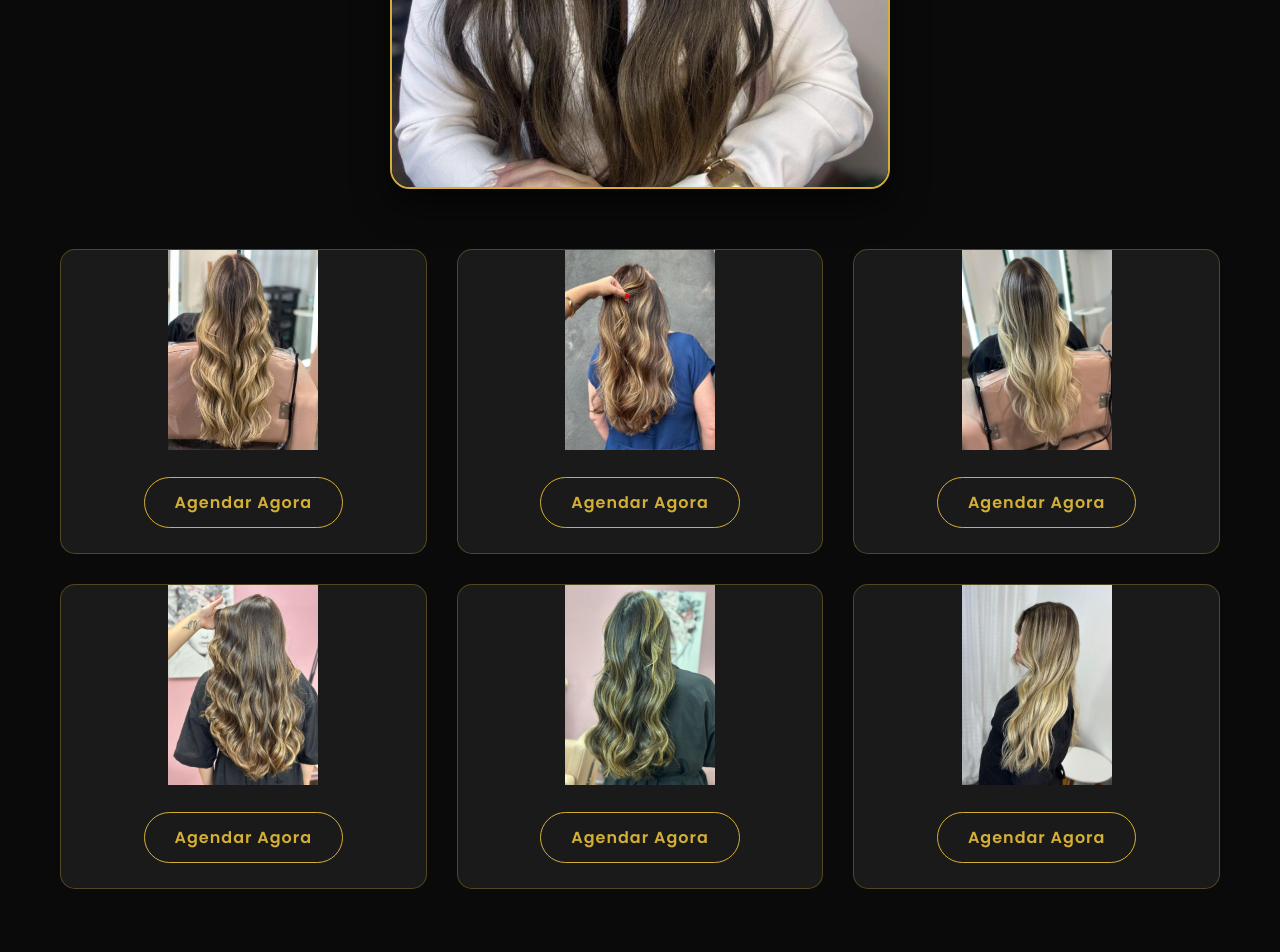
Repository: Sandro1969-tech/campanini-beauty
Page: index.html
These files come from the project's save history. The page is drawn as it stood at one moment and after the next save; the edit follows.
The browser window is 1280 px wide. The pictures show the part of the page from y = 729 to 1681 px (the page is 2901 px tall before and 2921 px after).

Above is the page before, as saved 2026-02-17 19:55:32.

After the next save:
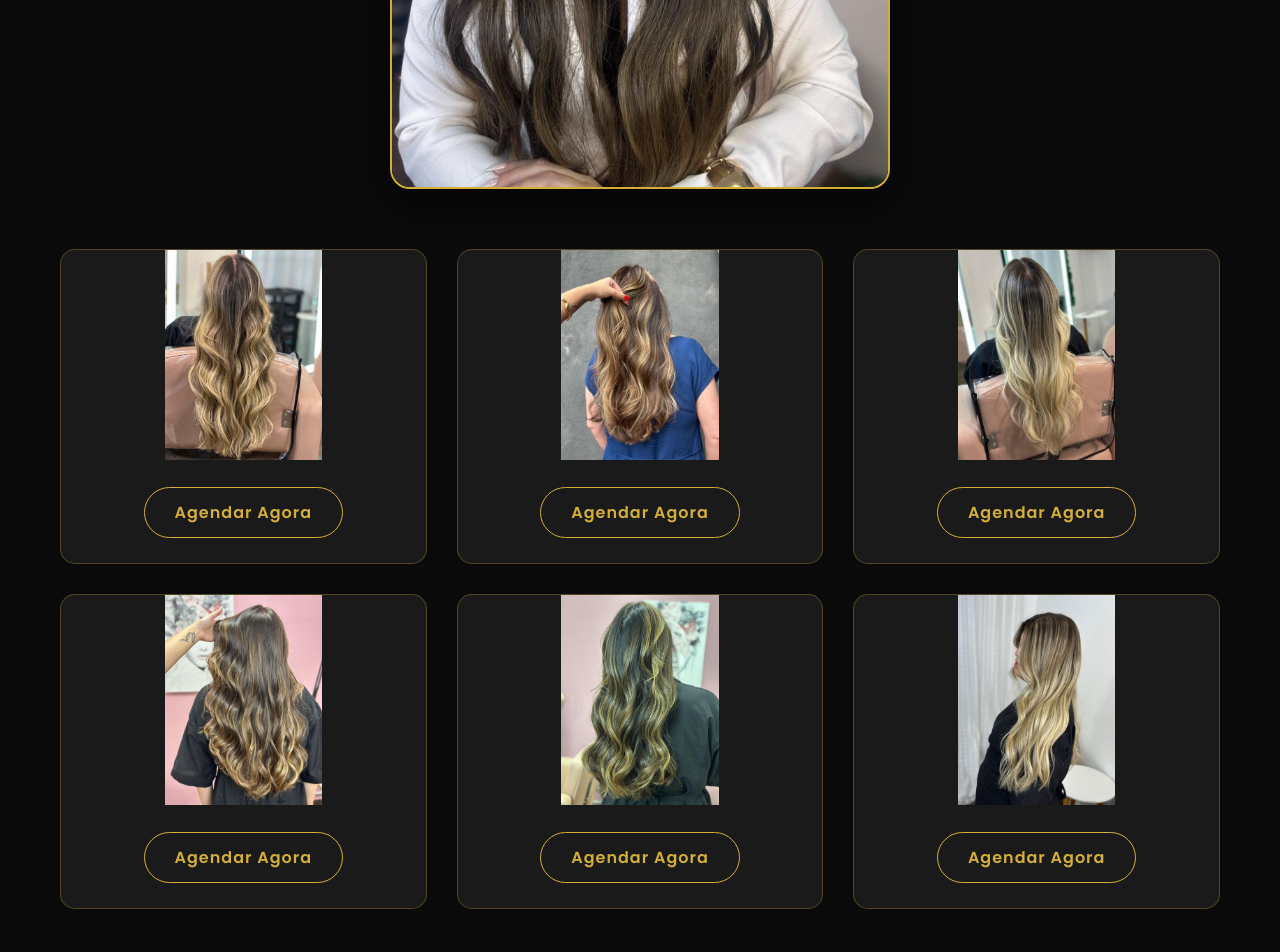
Saved 26 s later.
--- a/index.html
+++ b/index.html
@@ -107,7 +107,7 @@
 
         .card img {
             width: 100%;
-            height: 200px;
+            height: 210px;
             object-fit: contain; /* Garante que a imagem não fique esticada */
         }
 
